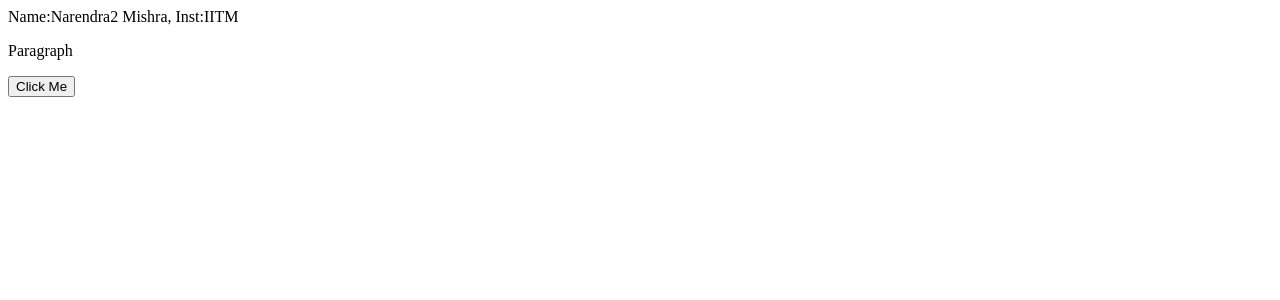
Repository: narendraiitm/sept23-live-sessions
Page: vue-basic/index.html
These files come from the project's save history. The page is drawn as it stood at one moment and after the next save; the edit follows.
The browser window is 1280 px wide. The pictures show the whole page.

Above is the page before, as saved 2023-10-17 21:32:19.

### vue-basic/index.html
<!DOCTYPE html>
<html lang="en">
  <head>
    <meta charset="UTF-8" />
    <meta http-equiv="X-UA-Compatible" content="IE=edge" />
    <meta name="viewport" content="width=device-width, initial-scale=1.0" />
    <title>Document</title>
  </head>
  <body>
    <div id="app">{{name}}</div>
  </body>
  <script src="https://cdn.jsdelivr.net/npm/vue@2/dist/vue.js"></script>
  <script src="./app.js"></script>
</html>

### vue-basic/app.js
new Vue({
  // options object
  el: '#app',
  template: `<div>
  Name:{{fullName}}, Inst:{{inst}}
  <p>Paragraph</p>
  <button v-on:click='sayHello'>Click Me</button>
  </div>`,
  data: {
    firstName: 'Narendra2',
    lastName: 'Mishra',
    inst: 'IITM',
  },
  methods: {
    sayHello() {
      alert('Hello from method')
    },
  },
  computed: {
    fullName() {
      return this.firstName + ' ' + this.lastName
    },
  },
  watch: {
    firstName(newVal) {
      alert(newVal)
    },
    lastName(newVal, oldVal) {
      alert(newVal)
      alert(oldVal)
    },
  },
})

After the next save:
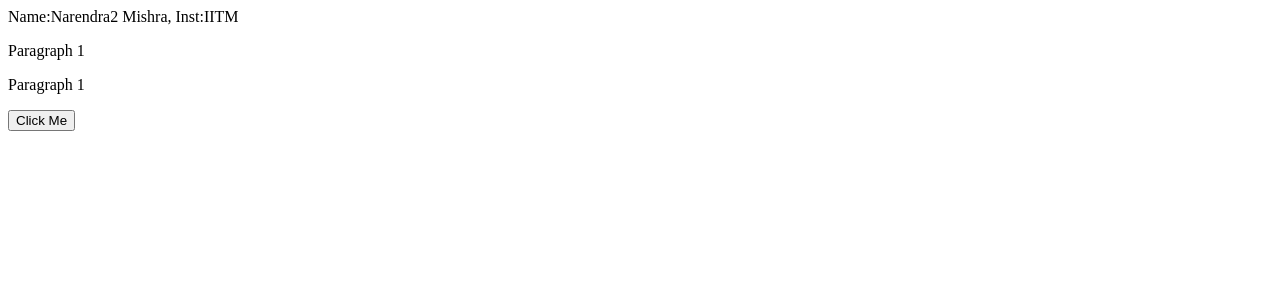
Saved 7 s later.
--- a/vue-basic/app.js
+++ b/vue-basic/app.js
@@ -3,7 +3,8 @@ new Vue({
   el: '#app',
   template: `<div>
   Name:{{fullName}}, Inst:{{inst}}
-  <p>Paragraph</p>
+  <p>Paragraph 1</p>
+  <p>Paragraph 1</p>
   <button v-on:click='sayHello'>Click Me</button>
   </div>`,
   data: {
